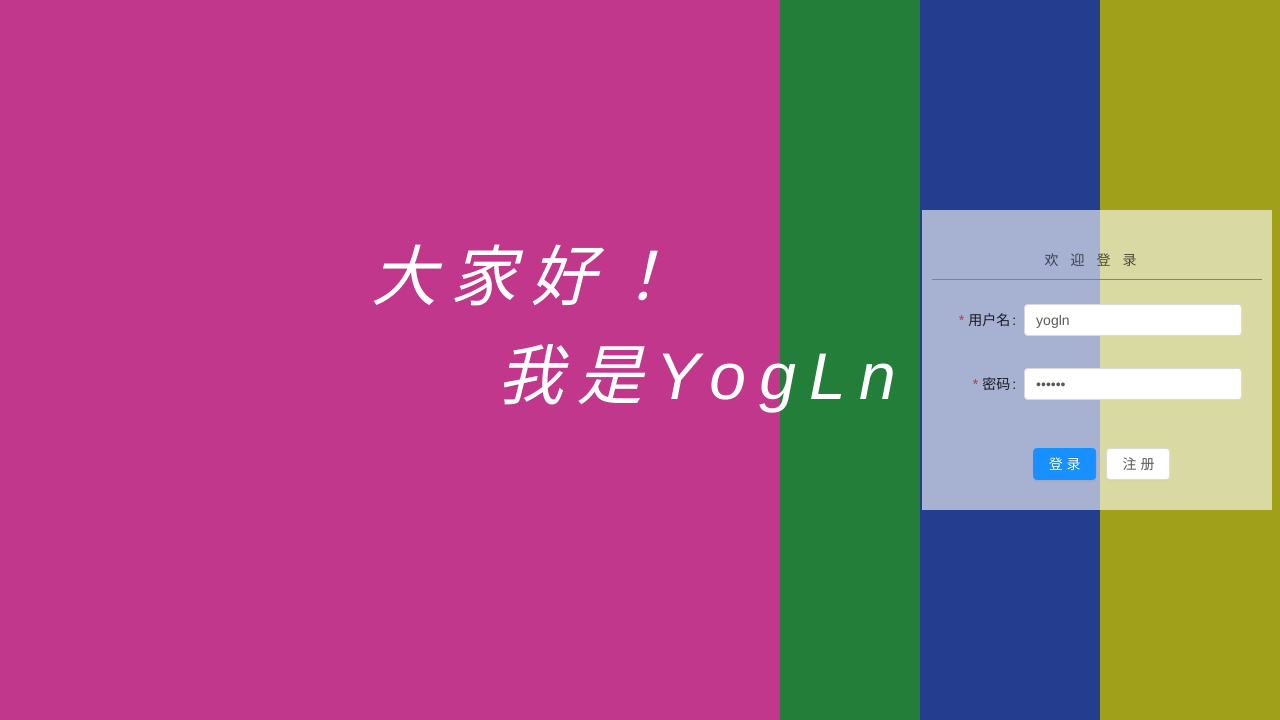
Repository: YogLn/theory-fre
Page: /register
These files come from the project's save history. The page is drawn as it stood at one moment and after the next save; the edit follows.
The browser window is 1280 px wide. The pictures show the whole page.
The project was rebuilt for these pictures with package versions that can differ from the ones it lists, and the page was loaded fresh each time.

Above is the page before, as saved 2021-07-22 16:47:50.

After the next save:
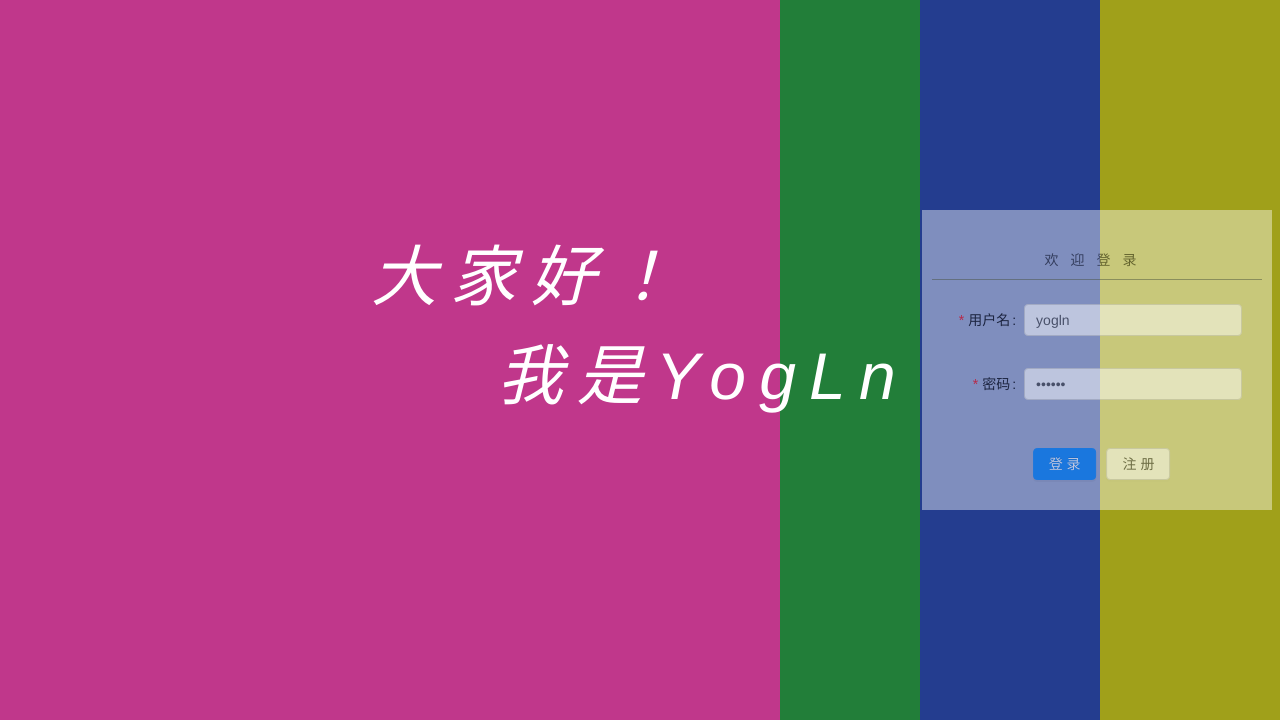
Saved 32 s later.
--- a/src/pages/login/Login.vue
+++ b/src/pages/login/Login.vue
@@ -166,6 +166,7 @@ export default {
     left: 72%;
     top: 50%;
     transform: translateY(-50%);
+    opacity: 0.7;
     .login-header {
       margin-top: -10px;
       display: flex;
